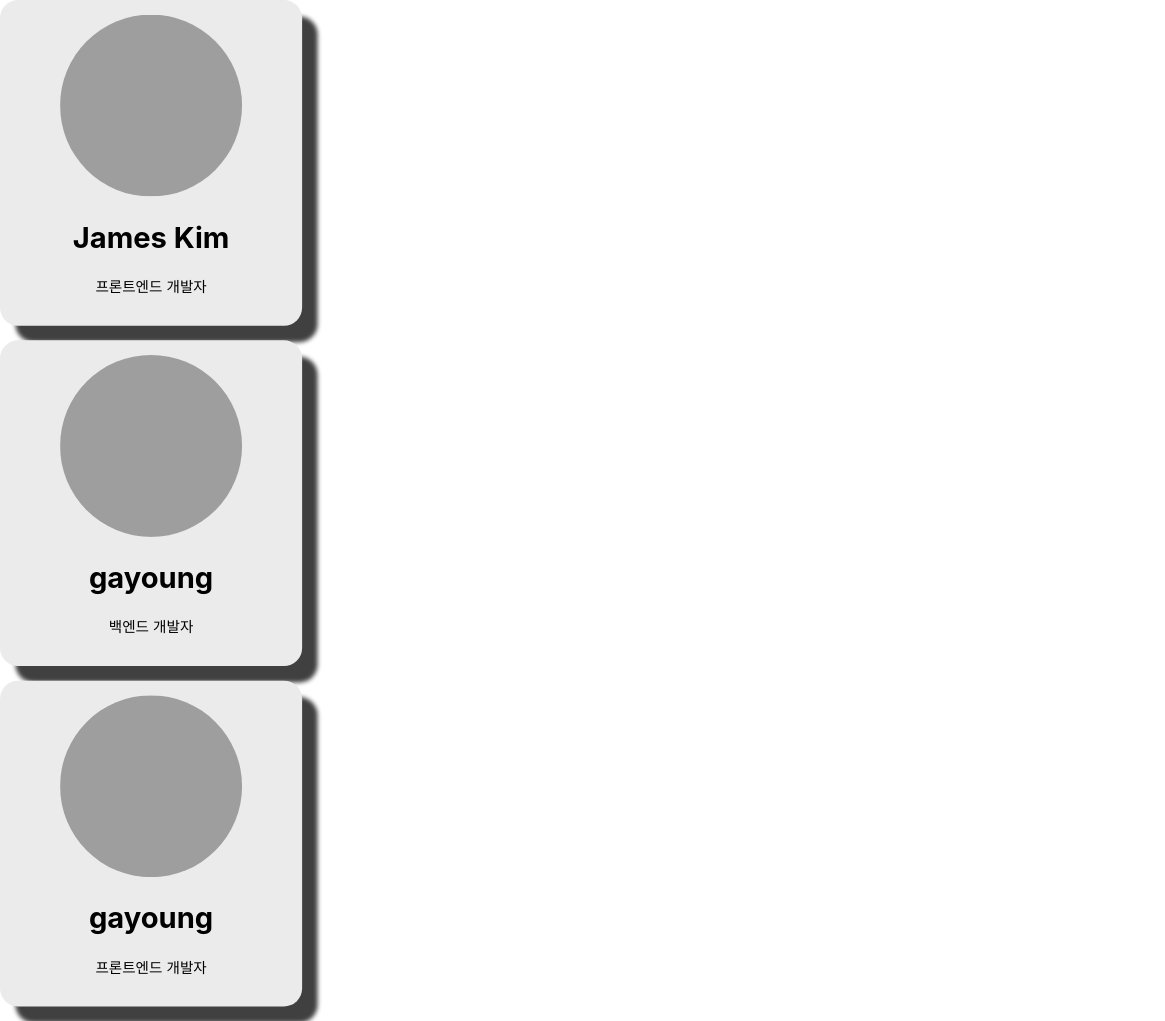
Repository: Yugayoung/css-example
Page: / (app in react/basic/)
These files come from the project's save history. The page is drawn as it stood at one moment and after the next save; the edit follows.
The browser window is 1280 px wide. The pictures show the whole page, at 91% of full size.
Pictures or frames that could not be fetched are drawn as grey boxes. The project was rebuilt for these pictures with package versions that can differ from the ones it lists, and the page was loaded fresh each time.

Above is the page before, as saved 2023-12-19 11:52:02.

After the next save:
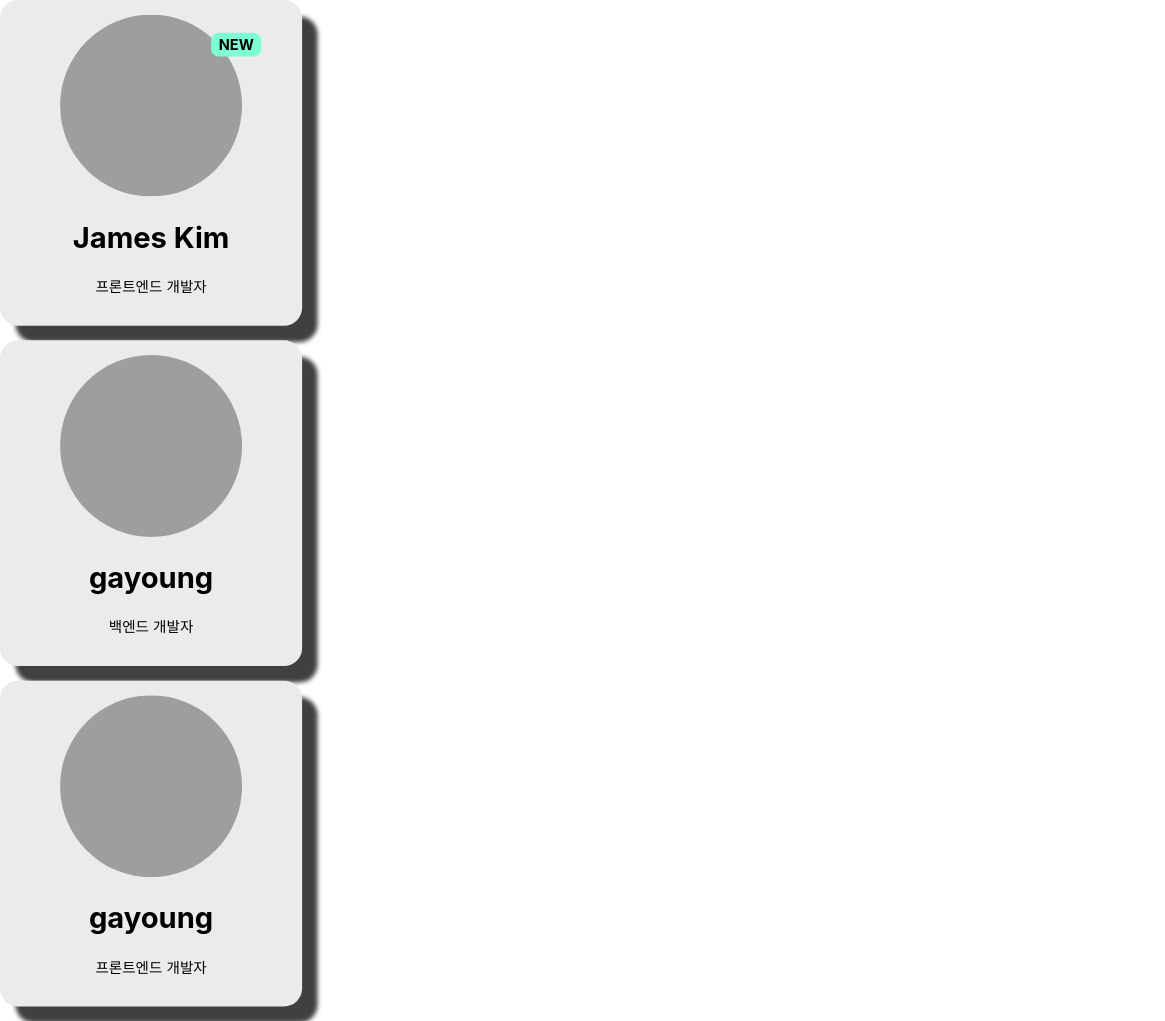
Saved 24 s later.
--- a/react/basic/src/AppProfile.jsx
+++ b/react/basic/src/AppProfile.jsx
@@ -8,6 +8,7 @@ export default function AppProfile() {
         image='https://images.unsplash.com/photo-1580489944761-15a19d654956?ixlib=rb-1.2.1&ixid=MnwxMjA3fDB8MHxwaG90by1wYWdlfHx8fGVufDB8fHx8&auto=format&fit=crop&w=922&q=80'
         name='James Kim'
         title='프론트엔드 개발자'
+        isNew={true}
       />
       <Profile
         image='https://images.unsplash.com/photo-1633332755192-727a05c4013d?ixlib=rb-1.2.1&ixid=MnwxMjA3fDB8MHxwaG90by1wYWdlfHx8fGVufDB8fHx8&auto=format&fit=crop&w=1160&q=80'
